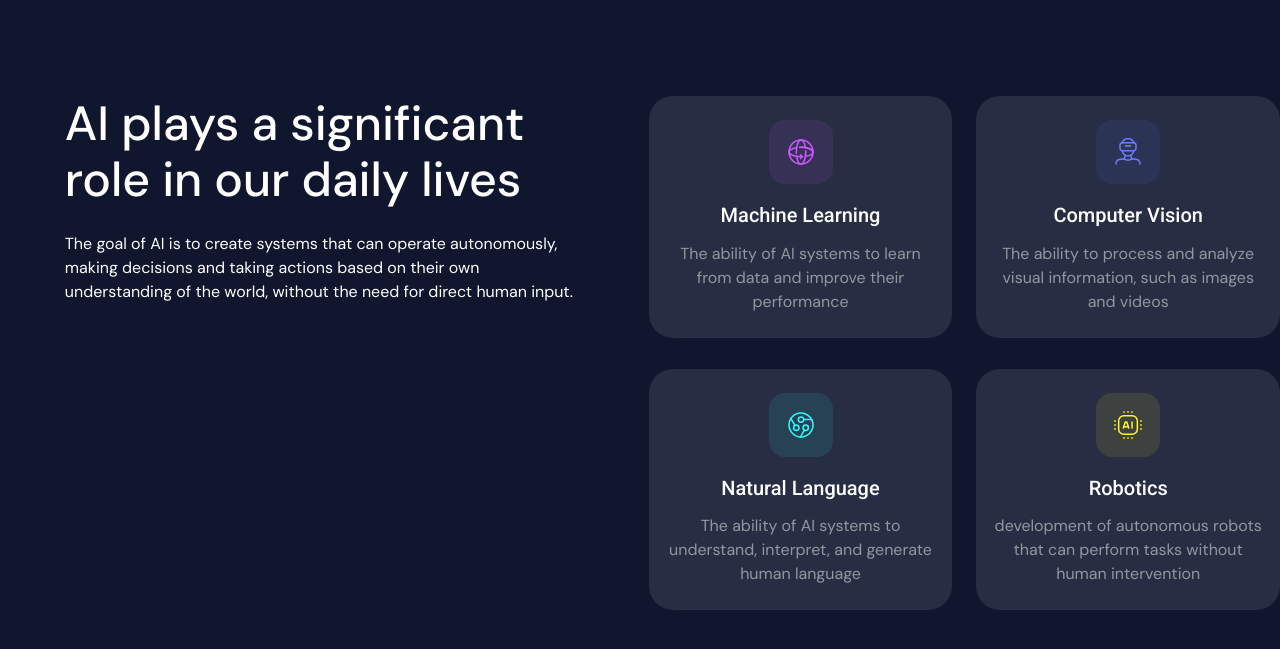
Repository: alphatra/INVO-Academy
Page: / (app in [lvl 1] Sekcja 4 obszarów AI/Starter-code/)
An editor plug-in stored every save of this project. The page is shown before and after the next save, followed by the edit.
The browser window is 1280 px wide. The pictures show the whole page.
The project was rebuilt for these pictures with package versions that can differ from the ones it lists, and the page was loaded fresh each time.

Above is the page before, as saved 2023-02-24 16:00:43.
Console error: TypeError: Cannot read properties of null (reading 'addEventListener')

### [lvl 1] Sekcja 4 obszarów AI/Starter-code/index.html
<!DOCTYPE html>
<html lang="en">

<head>
  <meta charset="UTF-8" />
  <link rel="icon" type="image/svg+xml" href="/vite.svg" />
  <meta name="viewport" content="width=device-width, initial-scale=1.0" />
  <title>INVO Academy JS Starter with Vite</title>
</head>

<!-- In order to start your challenge, remove all the content inside <div id="home-page"></div> and start coding :) -->

<body>
  <main>
    <section class="header">
      <div class="header__text">
        <h1>AI plays a significant role in our daily lives</h1>
        <span>The goal of AI is to create systems that can operate
          autonomously, making decisions and taking actions based on
          their own understanding of the world, without the need for direct human input.</span>
      </div>
    </section>

    <section class="categories">

      <div class="categories__category">
        <div class="categories__image">
          <img src="/public/images/ML.svg" alt="Machine Learning">
        </div>
        <h4>Machine Learning</h4>
        <span>The ability of AI systems to learn from data and improve their performance</span>
      </div>
      <div class="categories__category">
        <div class="categories__image">
          <img src="/public/images/CV.svg" alt="Computer Vision">
        </div>
        <h4>Computer Vision</h4>
        <span>The ability to process and analyze visual information, such as images and videos</span>
      </div>
      <div class="categories__category">
        <div class="categories__image">
          <img src="/public/images/NL.svg" alt="Natural Language">
        </div>
        <h4>Natural Language</h4>
        <span> The ability of AI systems to understand, interpret, and generate human language</span>
      </div>
      <div class="categories__category">
        <div class="categories__image">
          <img src="/public/images/AI.svg" alt="Robotics">
        </div>
        <h4>Robotics</h4>
        <span>development of autonomous robots that can perform tasks without human intervention</span>
      </div>
    </section>
  </main>


  <script type="module" src="/src/global-scripts/main.js"></script>
  <script type="module" src="/src/pages/home-page/scripts/home-page.js"></script>
</body>

</html>

### [lvl 1] Sekcja 4 obszarów AI/Starter-code/src/pages/home-page/scripts/home-page.js
/// Homepage JavaScript File
/// Here we import all the JavaScript files we need for our homepage.

import '../styles/home-page.scss'

import { setupCounter } from '../../../global-scripts/scripts/counter/counter.js'

setupCounter(document.querySelector('#counter'))

### [lvl 1] Sekcja 4 obszarów AI/Starter-code/src/global-styles/style.scss
/// Main Styles File
/// Here we import all the global Styles files we need for our project.

@import "styles/normalize.scss";
@import "styles/root.scss";
@import "styles/fonts.scss";

body {
  font-family: 'Roboto', sans-serif;
  color: var(--color-primary);
}

p {
  color: var(--color-on-surface);
}

### [lvl 1] Sekcja 4 obszarów AI/Starter-code/src/pages/home-page/styles/home-page.scss
    /// Homepage Styles File
    /// Here we import all the Styles files we need for our Homepage.

    body {
        background-color: #0F162D;
    }

    h1,
    p,
    span {
        font-family: 'DM Sans', sans-serif;
        color: white;
    }

    main {
        margin-top: 6em;
        padding: 0 2%px;
        display: flex;
        align-items: flex-start;

    }

    .header {
        &__text {
            padding: 0 10%;
            h1 {
                margin-block-start: 0;
                font-size: 48px;
                line-height: 56px;
                font-weight: 500;
                letter-spacing: -0.002em;
                margin-bottom: 24px
            }

            span {
                font-size: 16px;
                line-height: 24px;
                font-weight: 400;
            }

        }
    }

    .categories {
        display: grid;
        grid-template-columns: repeat(2, 1fr) ;
        column-gap: 24px;
        row-gap: 31px;
        text-align: center;

        &__category {
            background: #272D42;
            border-radius: 24px;
            color: white;
            padding-top: 24px;
            padding-bottom: 24px;
            padding-left: 16px;
            padding-right: 16px;

            *{
            }

            h4 {
                font-size: 20px;
                line-height: 0px;
                font-weight: 500;
            }

            span {
                font-size: 16px;
                line-height: 24px;
                font-weight: 400;
                opacity: 0.5;
            }
        }
    }

### [lvl 1] Sekcja 4 obszarów AI/Starter-code/src/global-scripts/scripts/counter/counter.js
/// Sample js file for demo purposes
/// Remember to always export your functions
/// so that they can be used in other files

export function setupCounter(element) {
  let counter = 0
  const setCounter = (count) => {
    counter = count
    element.innerHTML = `script test - count is ${counter}`
  }
  element.addEventListener('click', () => setCounter(counter + 1))
  setCounter(0)
}

### [lvl 1] Sekcja 4 obszarów AI/Starter-code/src/global-styles/styles/root.scss
/// Root Styles file
/// Here we define all the root variables we need for our project.
/// For examples see Material Design color system: https://m2.material.io/design/color/the-color-system.html

:root {
    --color-primary: #5721f2;
    --color-on-surface: #000;
}

### [lvl 1] Sekcja 4 obszarów AI/Starter-code/src/global-styles/styles/fonts.scss
/// Main Fonts File
/// Here we import all the fonts files we need for our project.

@import url('https://fonts.googleapis.com/css2?family=Roboto:ital,wght@0,100;0,300;0,400;0,500;0,700;0,900;1,100;1,300;1,400;1,500;1,700;1,900&display=swap');
@import url('https://fonts.googleapis.com/css2?family=DM+Sans:wght@400;500&display=swap');

Loaded but not shown: [lvl 1] Sekcja 4 obszarów AI/Starter-code/src/global-scripts/main.js (common file); [lvl 1] Sekcja 4 obszarów AI/Starter-code/src/global-styles/styles/normalize.scss (common file)

After the next save:
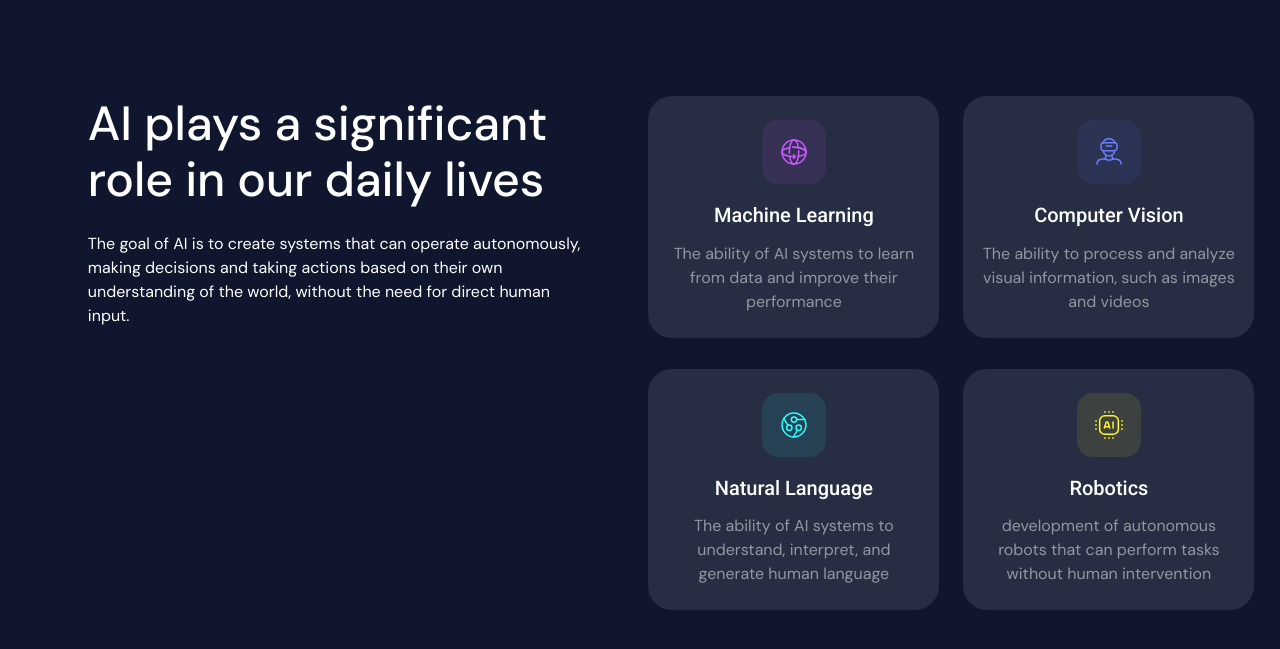
Saved 6 s later.
--- a/[lvl 1] Sekcja 4 obszarów AI/Starter-code/src/pages/home-page/styles/home-page.scss
+++ b/[lvl 1] Sekcja 4 obszarów AI/Starter-code/src/pages/home-page/styles/home-page.scss
@@ -14,7 +14,7 @@
 
     main {
         margin-top: 6em;
-        padding: 0 2%px;
+        padding: 0 2%;
         display: flex;
         align-items: flex-start;
 
